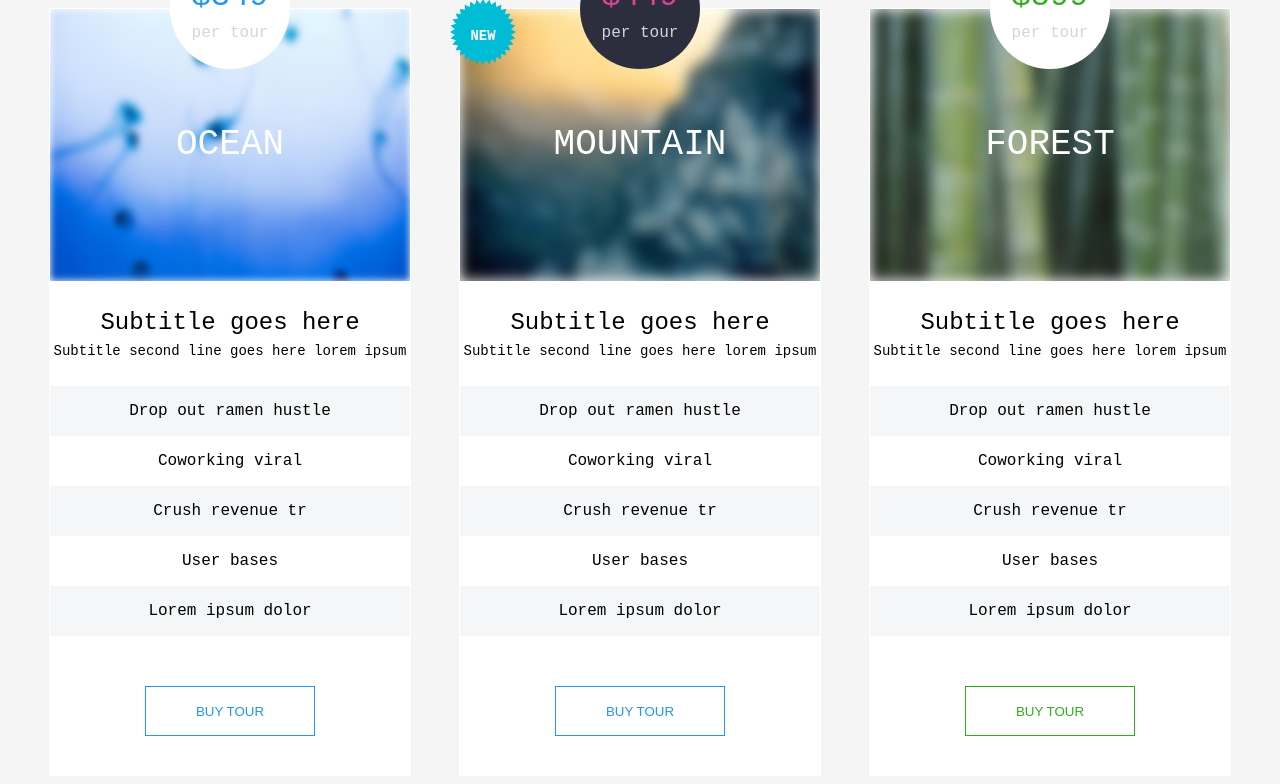
Repository: HoanTiny/pricetable
Page: index.html
An editor plug-in stored every save of this project. The page is shown before and after the next save, followed by the edit.
The browser window is 1280 px wide. The pictures show the whole page.

Above is the page before, as saved 2022-07-04 10:52:25.

### index.html
<!DOCTYPE html>
<html lang="en">
    <head>
        <meta charset="UTF-8" />
        <meta http-equiv="X-UA-Compatible" content="IE=edge" />
        <meta name="viewport" content="width=device-width, initial-scale=1.0" />
        <title>PriceTable</title>
        <link rel="stylesheet" href="./assests/css/style.css" />
    </head>
    <body>
        <div class="container">
            <div class="price-table">
                <div class="img">
                    <img src="./assests/img/ocean.png" alt="logo" />
                    <span>Ocean</span>
                </div>
                <div class="title">
                    <div class="title_header">
                        <p>Subtitle goes here</p>
                        <span>Subtitle second line goes here lorem ipsum</span>
                    </div>
                    <div class="title_list">
                        <ul>
                            <li>Drop out ramen hustle</li>
                            <li>Coworking viral</li>
                            <li>Crush revenue tr</li>
                            <li>User bases</li>
                            <li>Lorem ipsum dolor</li>
                        </ul>
                    </div>
                    <div class="title_btn">
                        <button type="">Buy Tour</button>
                    </div>
                    <div class="price">
                        <p>$349</p>
                        <span>per tour</span>
                    </div>
                </div>
            </div>
            <div class="price-table">
                <div class="img">
                    <img src="./assests/img/mountain.png" alt="logo" />
                    <span>Mountain</span>
                </div>
                <div class="title">
                    <div class="title_header">
                        <p>Subtitle goes here</p>
                        <span>Subtitle second line goes here lorem ipsum</span>
                    </div>
                    <div class="title_list">
                        <ul>
                            <li>Drop out ramen hustle</li>
                            <li>Coworking viral</li>
                            <li>Crush revenue tr</li>
                            <li>User bases</li>
                            <li>Lorem ipsum dolor</li>
                        </ul>
                    </div>
                    <div class="title_btn">
                        <button type="">Buy Tour</button>
                    </div>
                    <div class="price mountain">
                        <p>$449</p>
                        <span>per tour</span>
                    </div>
                    <div class="mark">
                        <img src="./assests/img/newmark.png" alt="logo" />
                        <span>New</span>
                    </div>
                </div>
            </div>
            <div class="price-table">
                <div class="img">
                    <img src="./assests/img/forest.png" alt="logo" />
                    <span>forest</span>
                </div>
                <div class="title">
                    <div class="title_header">
                        <p>Subtitle goes here</p>
                        <span>Subtitle second line goes here lorem ipsum</span>
                    </div>
                    <div class="title_list">
                        <ul>
                            <li>Drop out ramen hustle</li>
                            <li>Coworking viral</li>
                            <li>Crush revenue tr</li>
                            <li>User bases</li>
                            <li>Lorem ipsum dolor</li>
                        </ul>
                    </div>
                    <div class="title_btn forest">
                        <button type="">Buy Tour</button>
                    </div>
                    <div class="price forest">
                        <p>$599</p>
                        <span>per tour</span>
                    </div>
                </div>
            </div>
        </div>
    </body>
</html>

### assests/css/style.css
body {
    background-color: #f5f5f5;
    font-family: "Courier New", Courier, monospace;
    font-size: 14px;
    line-height: 1.5;
    min-height: 100vh;
    display: flex;
    justify-content: center;
    align-items: center;
}

* {
    box-sizing: border-box;
}

.container {
    display: flex;
}

.price-table {
    width: 362px;
    height: 768px;
    background-color: #fff;
    position: relative;
    margin: 0 24px;
    border: 1px solid #fff;
}

.img {
    position: relative;
    height: 272px;
    width: 100%;
}

.img span {
    position: absolute;
    top: 50%;
    left: 50%;
    transform: translate(-50%, -50%);
    font-size: 36px;
    text-transform: uppercase;
    color: #fff;
}

.img img {
    filter: 50%;
}

img {
    width: 100%;
    height: 100%;
}

.title_header {
    text-align: center;
    margin: 24px 0;
}

.title_header p {
    font-size: 24px;
    margin: 0;
}

.title_header span {
    font-size: 14px;
}

.title_list ul {
    text-align: center;
    padding-left: 0;
    list-style: none;
}

.title_list ul li {
    font-size: 16px;
    height: 50px;
    line-height: 50px;
}

.title_list ul li:nth-child(odd) {
    background-color: #f4f6f7;
}

.title_btn {
    margin-top: 50px;
    text-align: center;
}

.title_btn button {
    width: 170px;
    height: 50px;
    border: 1px solid #2196f7;
    background-color: #fff;
    text-transform: uppercase;
    color: #2196f7;
    cursor: pointer;
}

.title_btn.forest button {
    border: 1px solid #32ad1e;
    color: #32ad1e;
}

.title_btn button:hover {
    background-color: #6c136f;
    color: #fff;
}

.price {
    position: absolute;
    top: -60px;
    left: 120px;
    /* transform: translate(-50%, -50%); */
    width: 120px;
    height: 120px;
    border-radius: 50%;
    background-color: #fff;
    display: flex;
    justify-content: center;
    align-items: center;
    text-align: center;
    display: flex;
    flex-direction: column;
}

.price p {
    font-size: 32px;
    color: #2196f7;
    margin: 0;
}

.price span {
    font-size: 16px;
    color: #cfd7dc;
}

.price.mountain {
    background-color: #2c2e3d;
}

.price.mountain p {
    color: #d74498;
}

.price.forest p {
    color: #32ad1e;
}

.mark {
    position: absolute;
    top: -10px;
    left: -10px;
}

.mark img {
    position: relative;
}

.mark span {
    position: absolute;
    top: 50%;
    left: 50%;
    transform: translate(-50%, -50%);
    color: #fff;
    text-transform: uppercase;
    font-weight: bold;
}

After the next save:
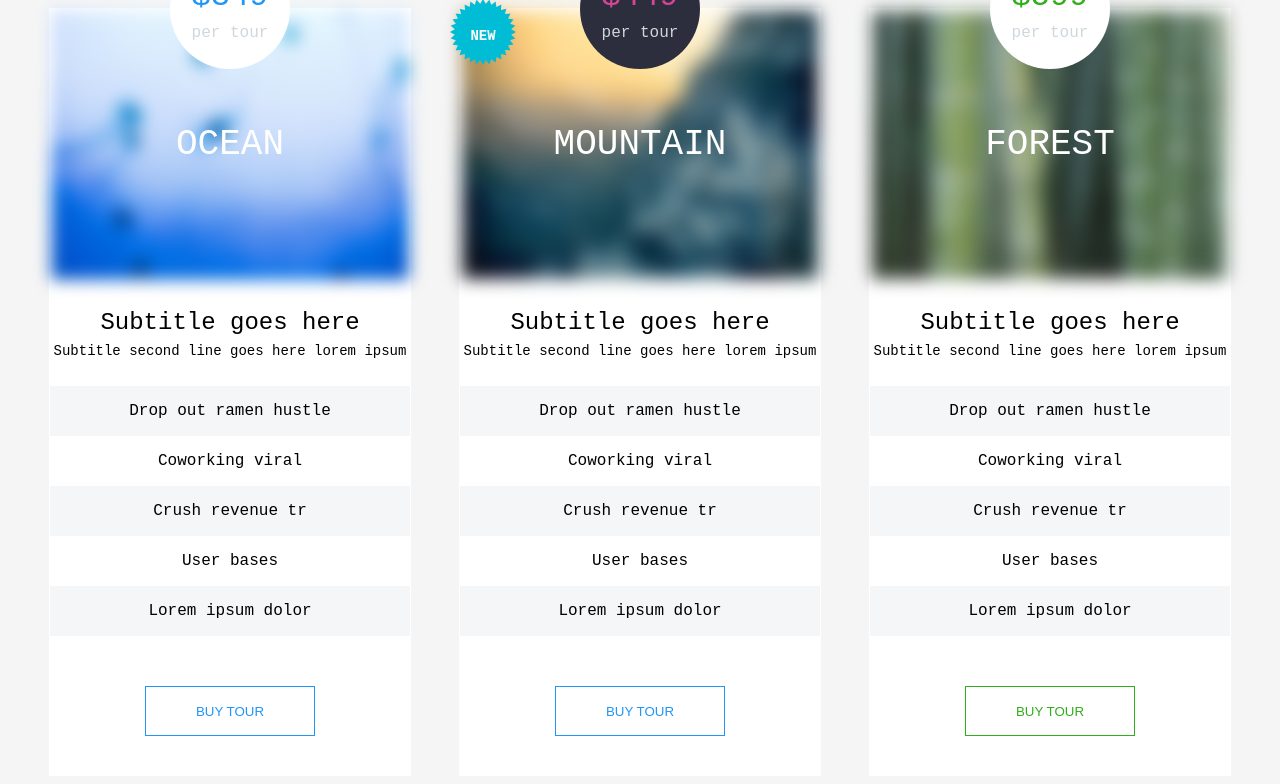
Saved 46 s later.
--- a/assests/css/style.css
+++ b/assests/css/style.css
@@ -43,7 +43,8 @@ body {
 }
 
 .img img {
-    filter: 50%;
+    filter: blur(8px);
+    -webkit-filter: blur(8px);
 }
 
 img {
